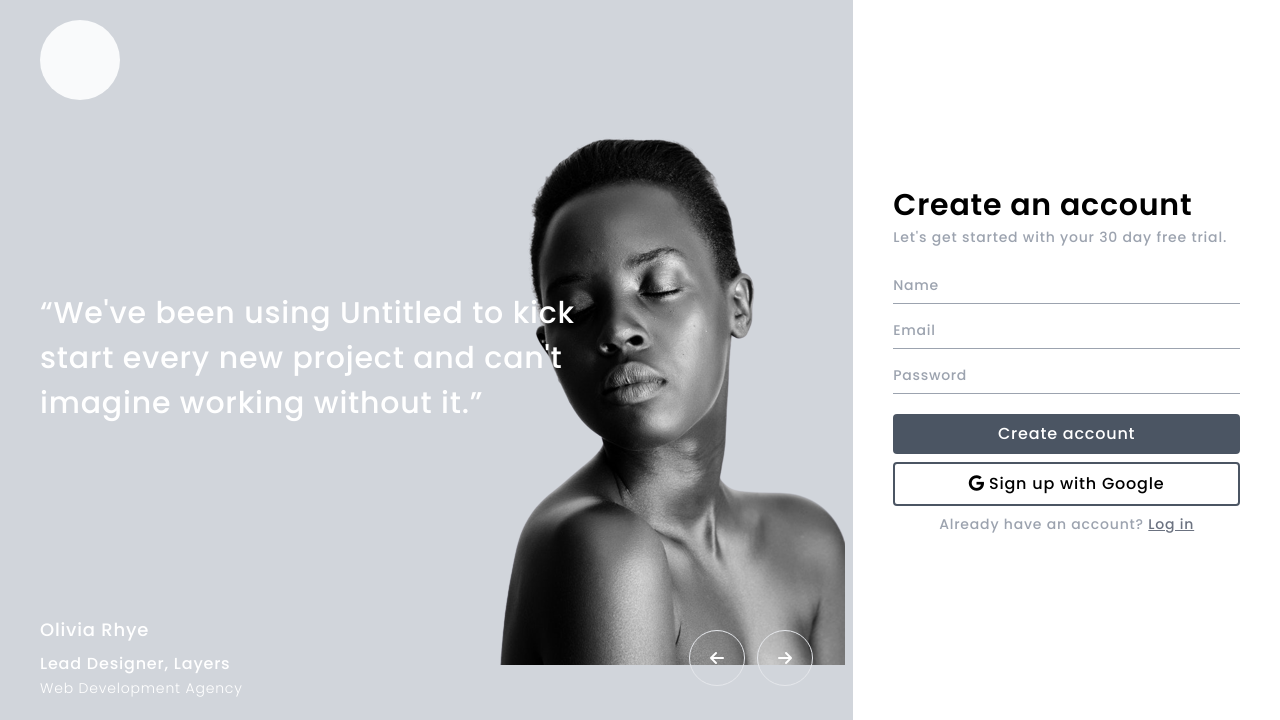
Repository: debthebuilder/youtube-html-contact-form-tailwindcss
Page: contact.html
These files come from the project's save history. The page is drawn as it stood at one moment and after the next save; the edit follows.
The browser window is 1280 px wide. The pictures show the whole page.
Some web libraries are served in a nearby version.

Above is the page before, as saved 2022-08-03 06:38:11.

After the next save:
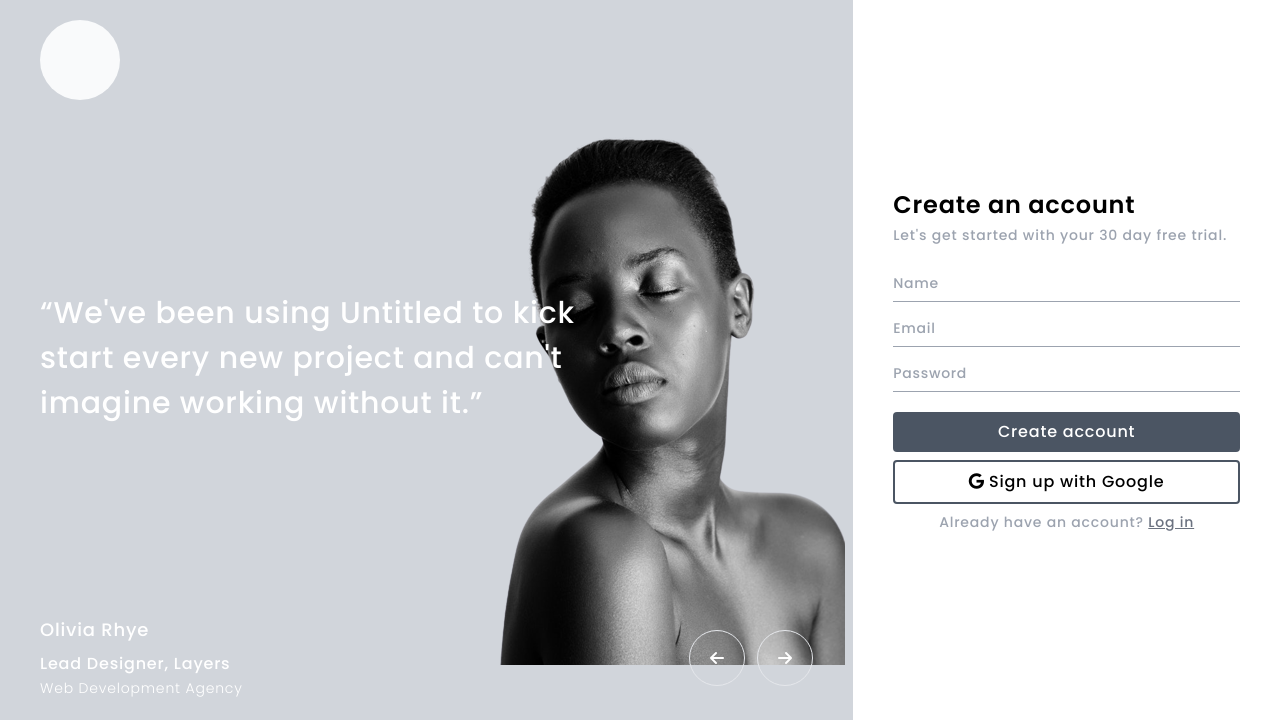
Saved 11 s later.
--- a/contact.html
+++ b/contact.html
@@ -39,7 +39,7 @@
         </div>
         <!--Form-->
         <div class="w-full md:w-2/6 px-3 md:px-10 flex flex-col justify-center">
-            <h2 class="text-3xl font-semibold">Create an account</h2>
+            <h2 class="text-2xl font-semibold">Create an account</h2>
             <span class="text-sm text-gray-400 mt-1">Let's get started with your 30 day free trial.</span>
             <form class="mt-5">
                 <input type="text" name="name" placeholder="Name" class="w-full border-b border-gray-400 placeholder:text-gray-400 pb-2  text-sm tracking-wider focus:outline-none focus:border-0 focus:border-b-2 my-2">

After the save that followed:
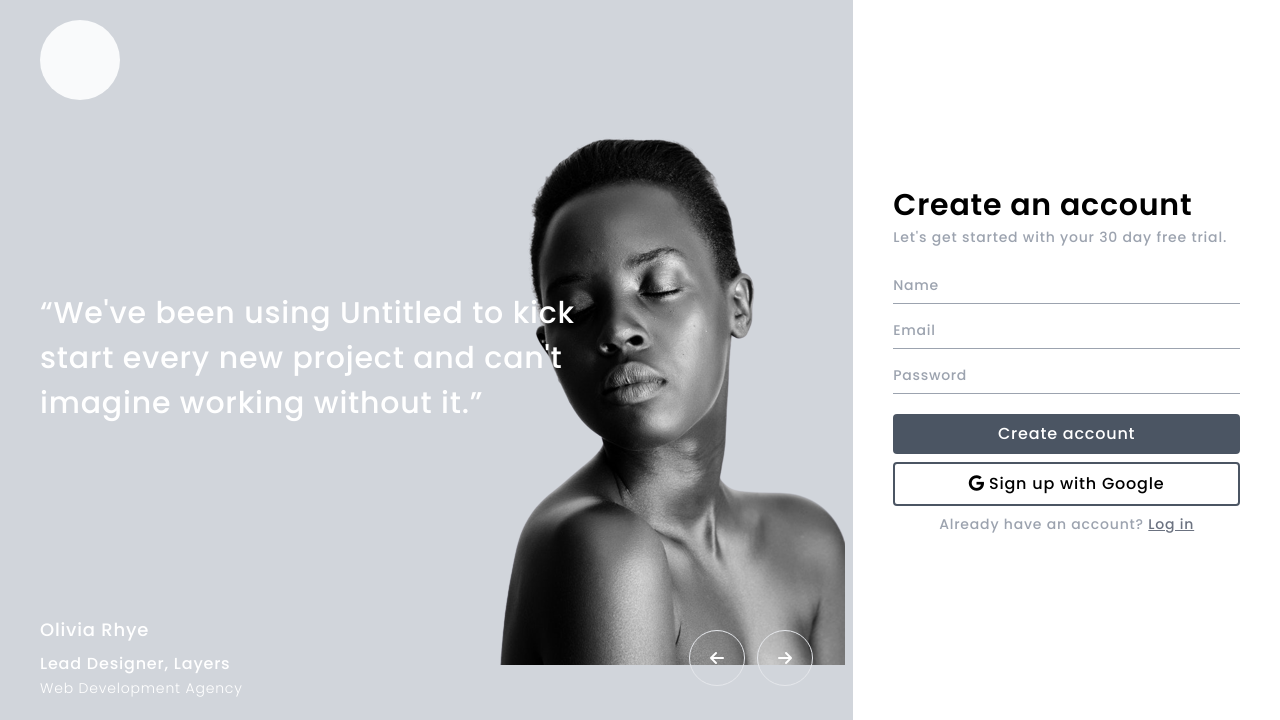
Saved 14 s later.
--- a/contact.html
+++ b/contact.html
@@ -39,7 +39,7 @@
         </div>
         <!--Form-->
         <div class="w-full md:w-2/6 px-3 md:px-10 flex flex-col justify-center">
-            <h2 class="text-2xl font-semibold">Create an account</h2>
+            <h2 class="text-2xl md:text-3xl font-semibold">Create an account</h2>
             <span class="text-sm text-gray-400 mt-1">Let's get started with your 30 day free trial.</span>
             <form class="mt-5">
                 <input type="text" name="name" placeholder="Name" class="w-full border-b border-gray-400 placeholder:text-gray-400 pb-2  text-sm tracking-wider focus:outline-none focus:border-0 focus:border-b-2 my-2">
